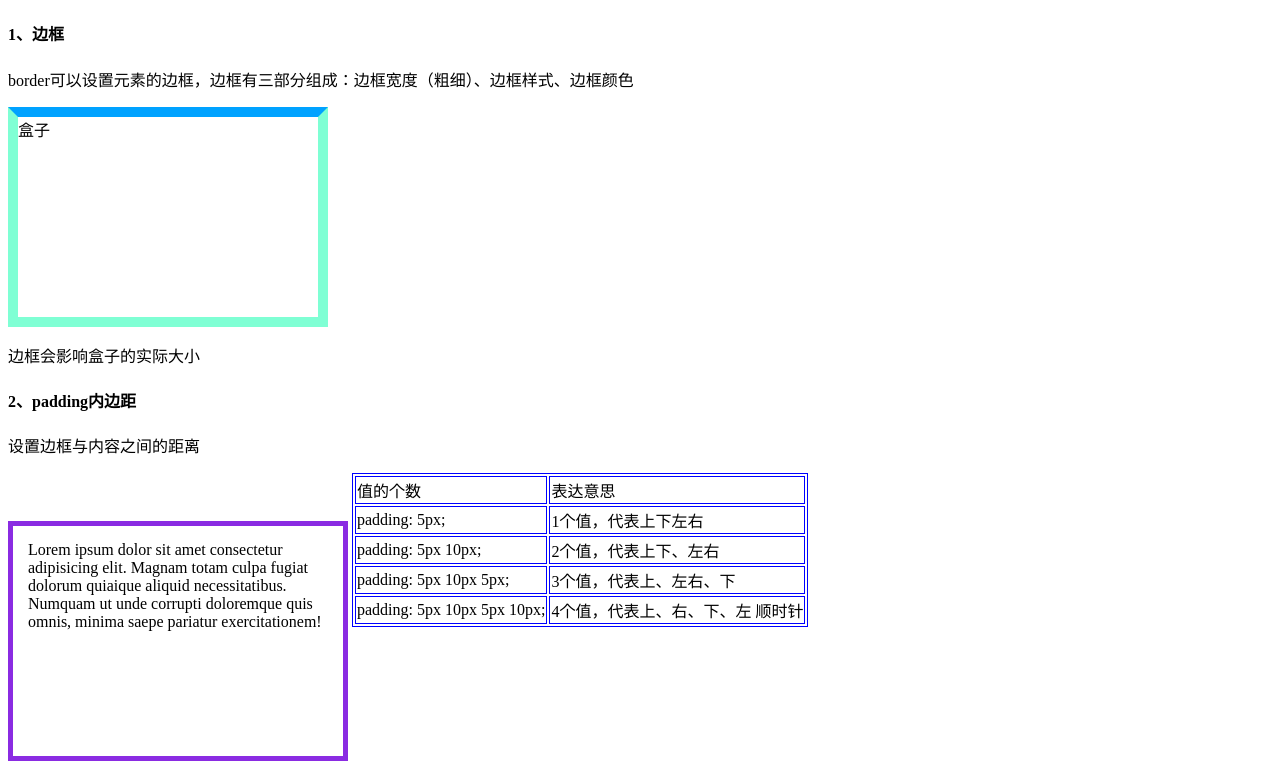
Repository: zhengdeya/web-based
Page: 27-盒子模型.html
These files come from the project's save history. The page is drawn as it stood at one moment and after the next save; the edit follows.
The browser window is 1280 px wide. The pictures show the whole page.

Above is the page before, as saved 2021-04-09 16:30:38.

### 27-盒子模型.html
<!DOCTYPE html>
<html lang="en">

<head>
    <meta charset="UTF-8">
    <meta http-equiv="X-UA-Compatible" content="IE=edge">
    <meta name="viewport" content="width=device-width, initial-scale=1.0">
    <title>盒子模型</title>
    <style>
        .box {
            width: 300px;
            height: 200px;

        }

        .inlinebox {
            display: inline-block;
        }

        .border1 {
            /* 边框粗细 一般用 px 做单位*/
            border-width: 10px;

            /* 实线边框 dashed 为虚线 */
            border-style: solid;
            /* border-style: dashed; */

            /* 边框颜色 */
            border-color: aquamarine;

            /* 复合写法，没有顺序 */
            /* border: 1px solid red; */

            /* 单独制定某条边框 */
            border-top-color: rgb(0, 162, 255);
        }

        .border2 {
            border: 5px solid blueviolet;
        }

        .padding1 {
            padding-left: 15px;
            padding-right: 15px;
            padding-top: 15px;
            padding-bottom: 15px;
        }

        table,
        td {
            border: 1px solid blue;
        }
    </style>
</head>

<body>
    <h4>1、边框</h4>
    <p>border可以设置元素的边框，边框有三部分组成：边框宽度（粗细）、边框样式、边框颜色</p>
    <div class="box border1">盒子</div>
    <p>边框会影响盒子的实际大小</p>

    <h4>2、padding内边距</h4>
    <p>设置边框与内容之间的距离</p>
    <div class="box border2 padding1 inlinebox">Lorem ipsum dolor sit amet consectetur adipisicing elit. Magnam totam
        culpa fugiat
        dolorum
        quiaique aliquid
        necessitatibus. Numquam ut
        unde corrupti doloremque quis omnis, minima saepe pariatur exercitationem!</div>
    <table class="inlinebox">
        <thead>
            <tr>
                <td>值的个数</td>
                <td>表达意思</td>
            </tr>
        </thead>
        <tbody>
            <tr>
                <td>
                    padding: 5px;
                </td>
                <td>
                    1个值，代表上下左右
                </td>
            </tr>
            <tr>
                <td>
                    padding: 5px 10px;
                </td>
                <td>
                    2个值，代表上下、左右
                </td>
            </tr>
            <tr>
                <td>
                    padding: 5px 10px 5px;
                </td>
                <td>
                    3个值，代表上、左右、下
                </td>
            </tr>
            <tr>
                <td>
                    padding: 5px 10px 5px 10px;
                </td>
                <td>
                    4个值，代表上、右、下、左 顺时针
                </td>
            </tr>
        </tbody>
    </table>
</body>

</html>

After the next save:
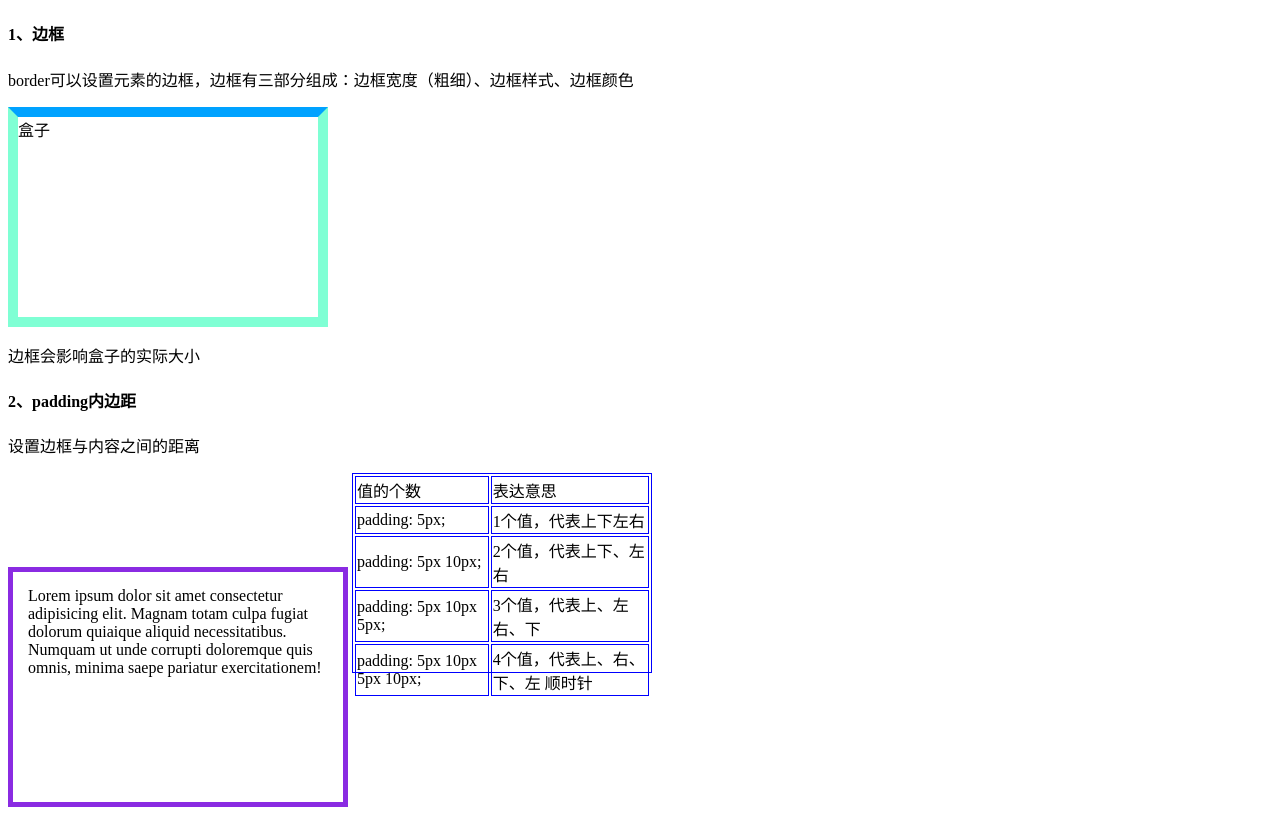
Saved 24 s later.
--- a/27-盒子模型.html
+++ b/27-盒子模型.html
@@ -67,7 +67,7 @@
         quiaique aliquid
         necessitatibus. Numquam ut
         unde corrupti doloremque quis omnis, minima saepe pariatur exercitationem!</div>
-    <table class="inlinebox">
+    <table class="inlinebox box">
         <thead>
             <tr>
                 <td>值的个数</td>

After the save that followed:
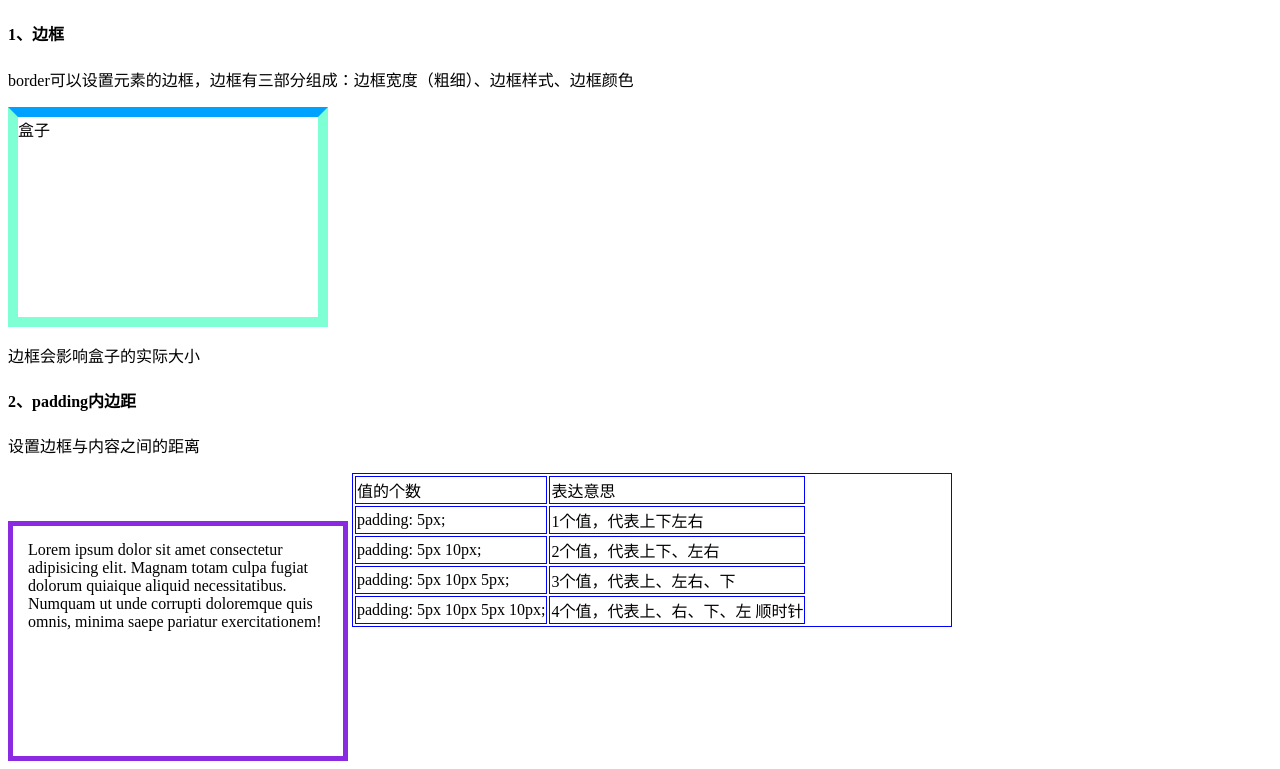
Saved 57 s later.
--- a/27-盒子模型.html
+++ b/27-盒子模型.html
@@ -67,7 +67,7 @@
         quiaique aliquid
         necessitatibus. Numquam ut
         unde corrupti doloremque quis omnis, minima saepe pariatur exercitationem!</div>
-    <table class="inlinebox box">
+    <table class="inlinebox" style="width: 600px;">
         <thead>
             <tr>
                 <td>值的个数</td>
